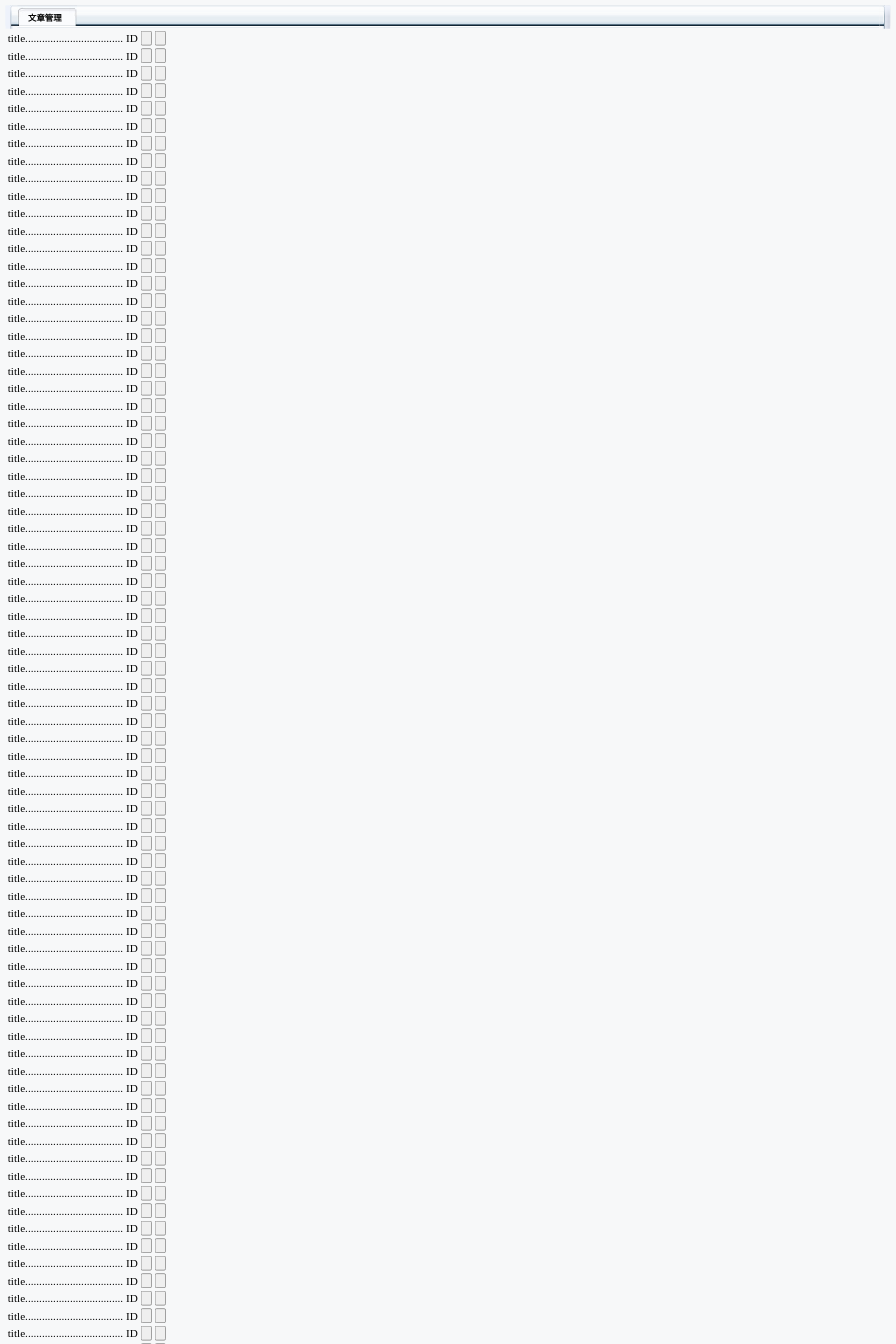
Repository: wzhcxw/shop
Page: ShopOnline/WebContent/admin/newslist.html
The author's editor kept a copy of each file at every save. The page is drawn from the files as they stood at one save, then again after the next save.
The browser window is 1280 px wide. The pictures show the part of the page from y = 0 to 1920 px (the page is 2572 px tall), at 70% of full size.

Above is the page before, as saved 2014-09-23 17:57:58.

After the next save:
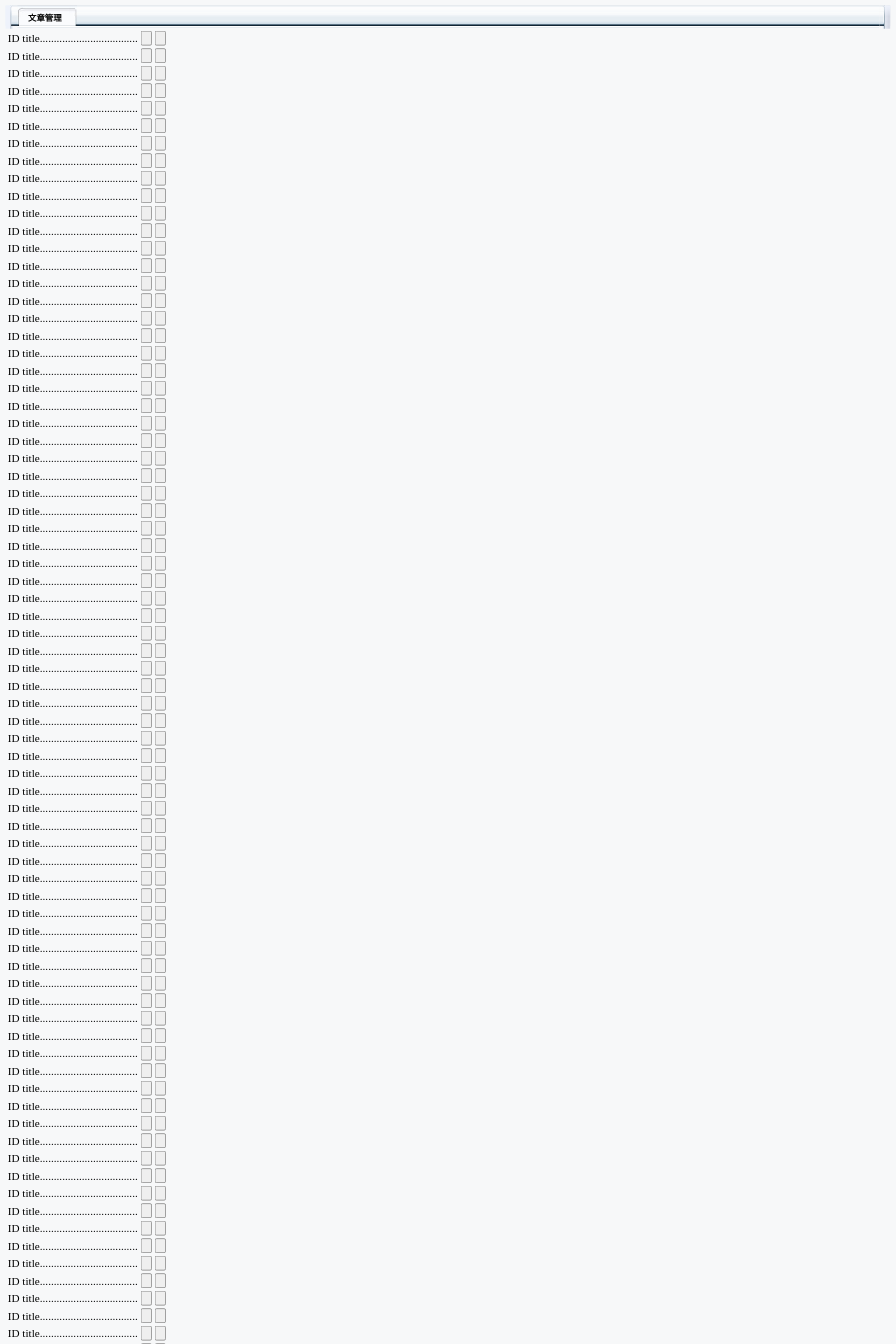
Saved 41 s later.
--- a/ShopOnline/WebContent/admin/newslist.html
+++ b/ShopOnline/WebContent/admin/newslist.html
@@ -30,8 +30,8 @@ For licensing, see LICENSE.md or http://ckeditor.com/license
 	        var newTd3 = newTr.insertCell();
 
 	        //设置列内容和属性
-	        newTd1.innerHTML = '<div>ID</div>';
-	        newTd0.innerHTML = '<div>title...................................</div>';
+	        newTd0.innerHTML = '<div>ID</div>';
+	        newTd1.innerHTML = '<div>title...................................</div>';
 	        newTd2.innerHTML = '<input type=button width="50" id="box4">';
 	        newTd3.innerHTML = '<input type=button width="50" id="box5">';
 		}
